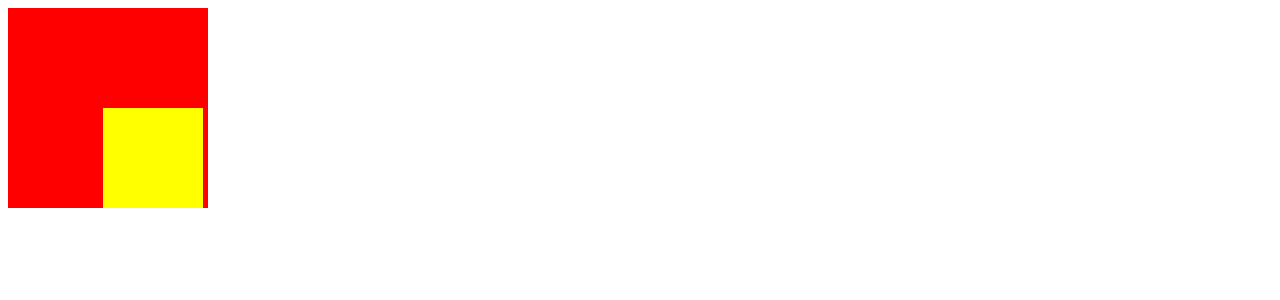
Repository: Qianfane/Blog
Page: CSS/居中测试/2.2 center-position-transform.html
These files come from the project's save history. The page is drawn as it stood at one moment and after a run of saves; the edit follows.
The browser window is 1280 px wide. The pictures show the whole page.

Above is the page before, as saved 2022-01-24 23:45:08.

After the next 3 saves:
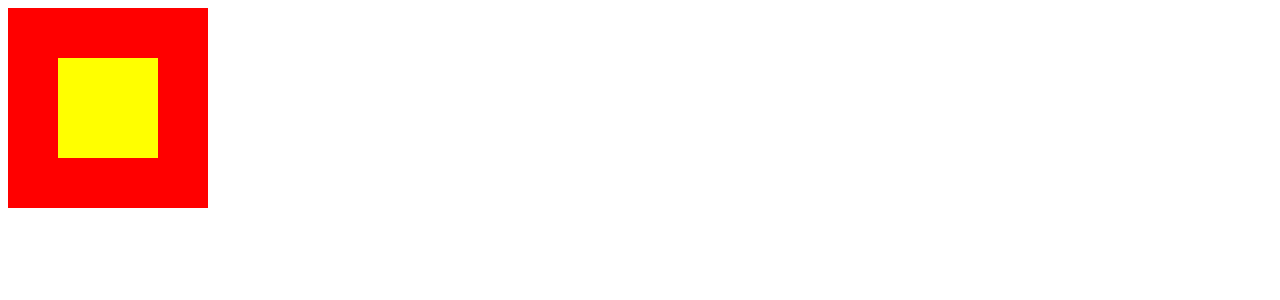
The 3 saves are shown as one change because they came seconds apart.
The last was saved 10 s later.
--- a/CSS/居中测试/2.2 center-position-transform.html
+++ b/CSS/居中测试/2.2 center-position-transform.html
@@ -19,7 +19,7 @@
         position: absolute;
         top: 50%;
         left: 50%;
-        transform: translate(-5%);
+        transform: translate(-50%, -50%);
 
         width: 100px;
         height: 100px;
